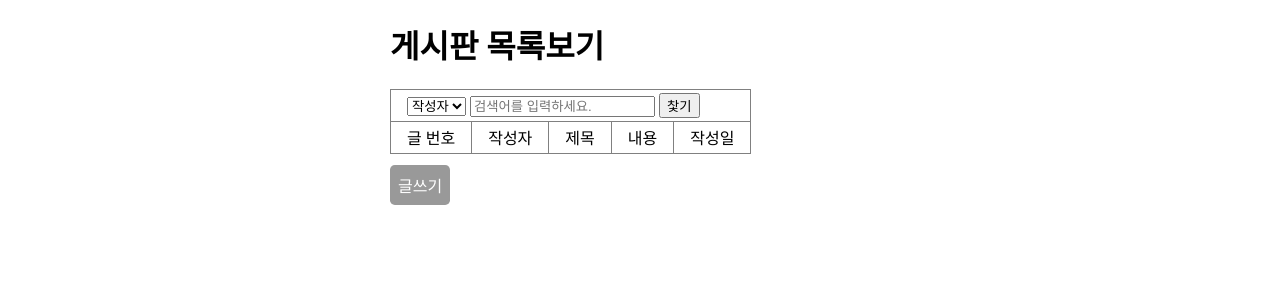
Repository: saysang22/servlet
Page: http://localhost/bbs/write.do
An editor plug-in stored every save of this project. The page is shown before and after the next save, followed by the edit.
The browser window is 1280 px wide. The pictures show the whole page.
The page is served by Tomcat 10. Queries for data that is not in the repository find no rows.

Above is the page before, as saved 2024-06-05 05:09:44.

After the next save:
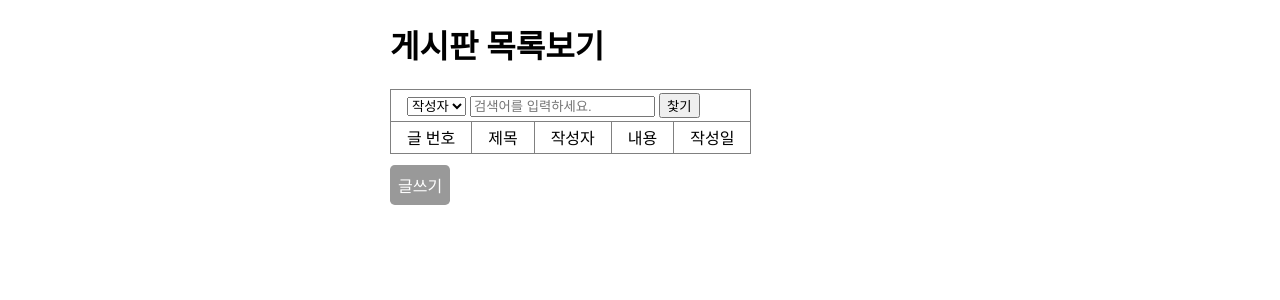
Saved 2 min 48 s later.
--- a/bbs/src/main/webapp/list.jsp
+++ b/bbs/src/main/webapp/list.jsp
@@ -57,8 +57,8 @@
 
 		<tr>
 			<td>글 번호</td>
+			<td>제목</td>
 			<td>작성자</td>
-			<td>제목</td>
 			<td>내용</td>
 			<td>작성일</td>
 		</tr>
@@ -68,7 +68,6 @@
 					<td>${dto.num}</td>
 					<td><a href="retrieve.do?num=${dto.num}">${dto.title}</a></td>
 					<td>${dto.author}</td>
-					<td>${dto.title}</td>
 					<td>${dto.content}</td>
 					<td>${dto.writeday}</td>
 				</tr>
